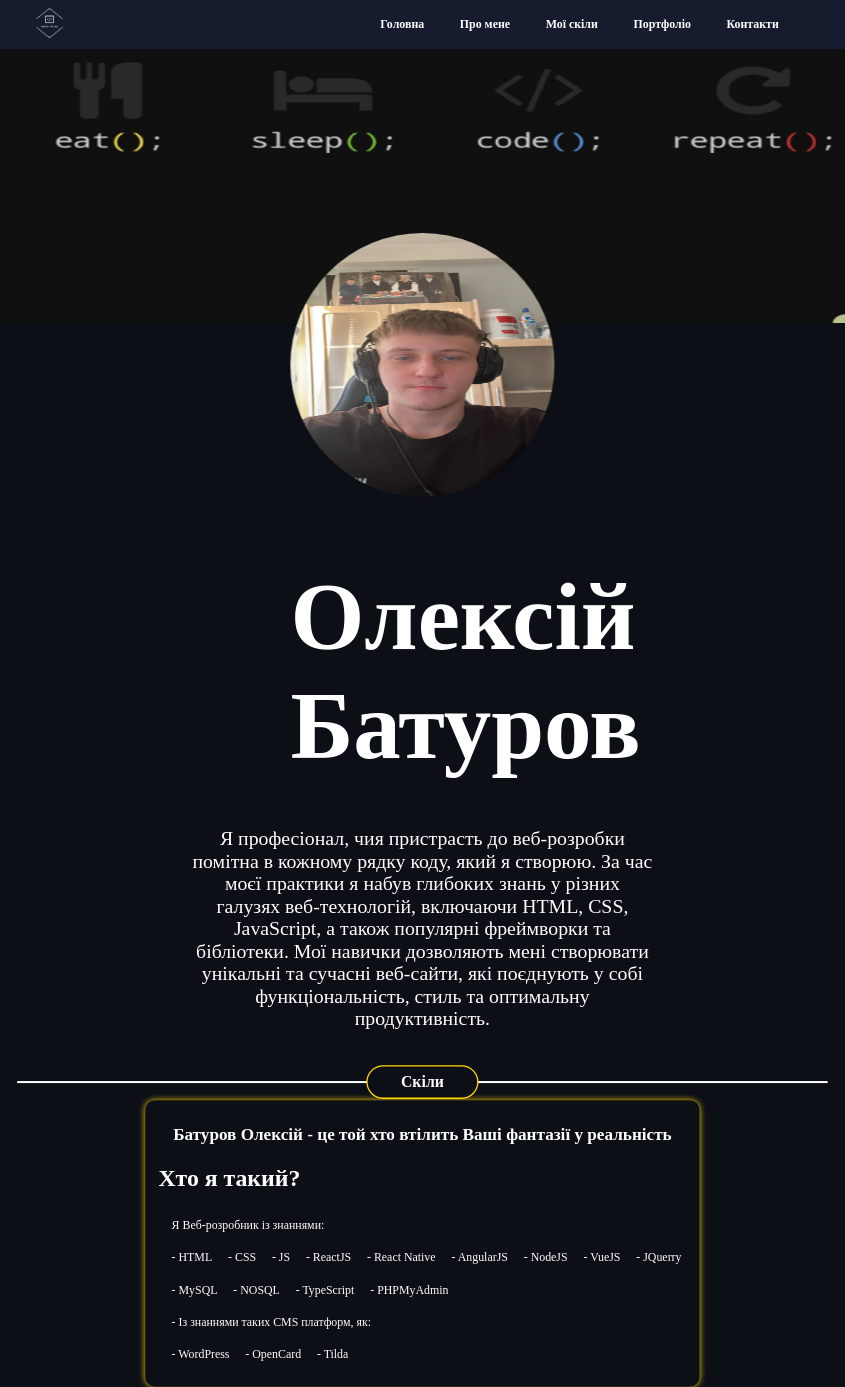
Repository: qtqqrdy13/cv-2
Page: index.html
An editor plug-in stored every save of this project. The page is shown before and after the next save, followed by the edit.
The browser window is 1280 px wide. The pictures show the whole page, at 66% of full size.

Above is the page before, as saved 2023-10-04 21:15:35.

After the next save:
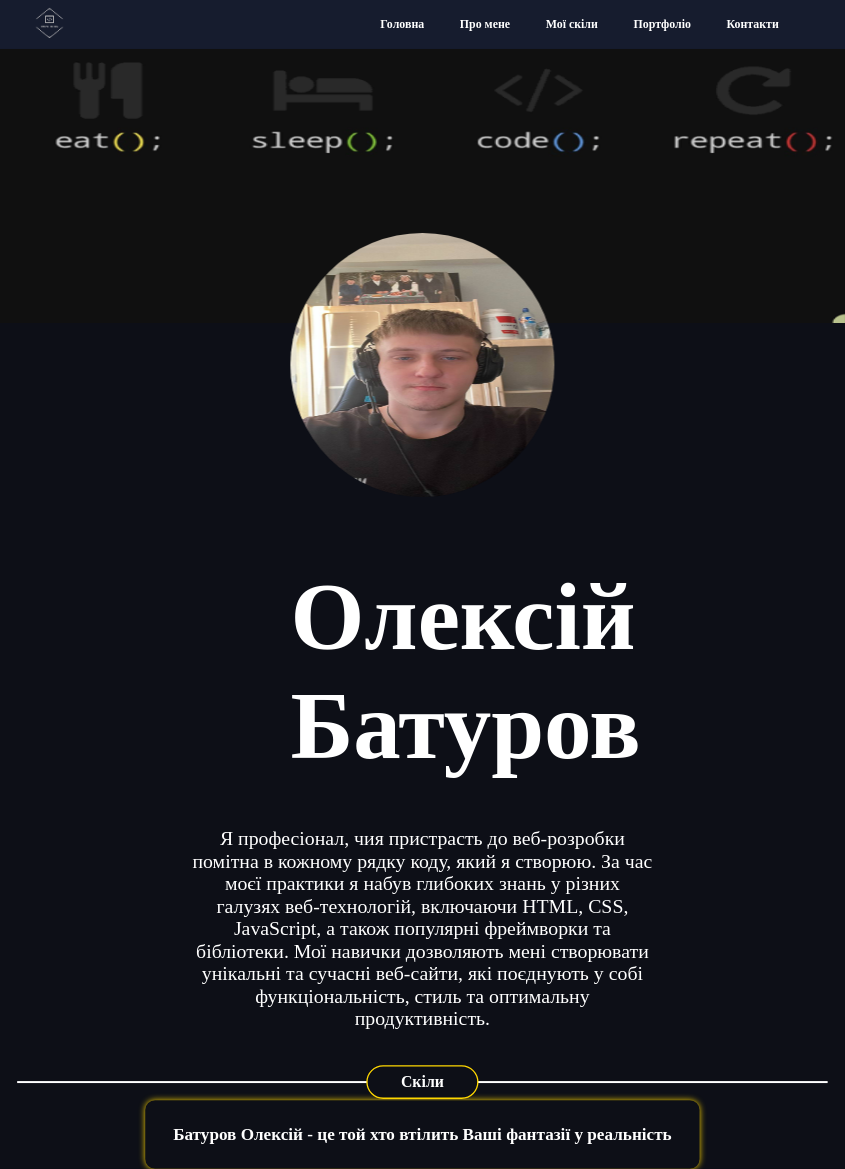
Saved 101 s later.
--- a/index.html
+++ b/index.html
@@ -56,30 +56,7 @@
         <div class="header">
             <h1> Батуров Олексій - це той хто втілить Ваші фантазії у реальність</h1>
         </div>
-        <div class="content">
-            <div class="content_title">
-                <h2>Хто я такий?</h2>
-            </div>
-            <p>Я Веб-розробник із знаннями:</p> <br>
-            <p>- HTML</p>
-            <p>- CSS</p>
-            <p>- JS</p>
-            <p>- ReactJS</p>
-            <p>- React Native</p>
-            <p>- AngularJS</p>
-            <p>- NodeJS</p>
-            <p>- VueJS</p>
-            <p>- JQuerry</p>
-            <p>- MySQL</p>
-            <p>- NOSQL</p>
-            <p>- TypeScript</p>
-            <p>- PHPMyAdmin</p> <br>
-            <p>- Із знаннями таких CMS платформ, як:</p> <br>
-            <p>- WordPress</p>
-            <p>- OpenCard</p>
-            <p>- Tilda</p>
 
-        </div>
 
     </div>
 
